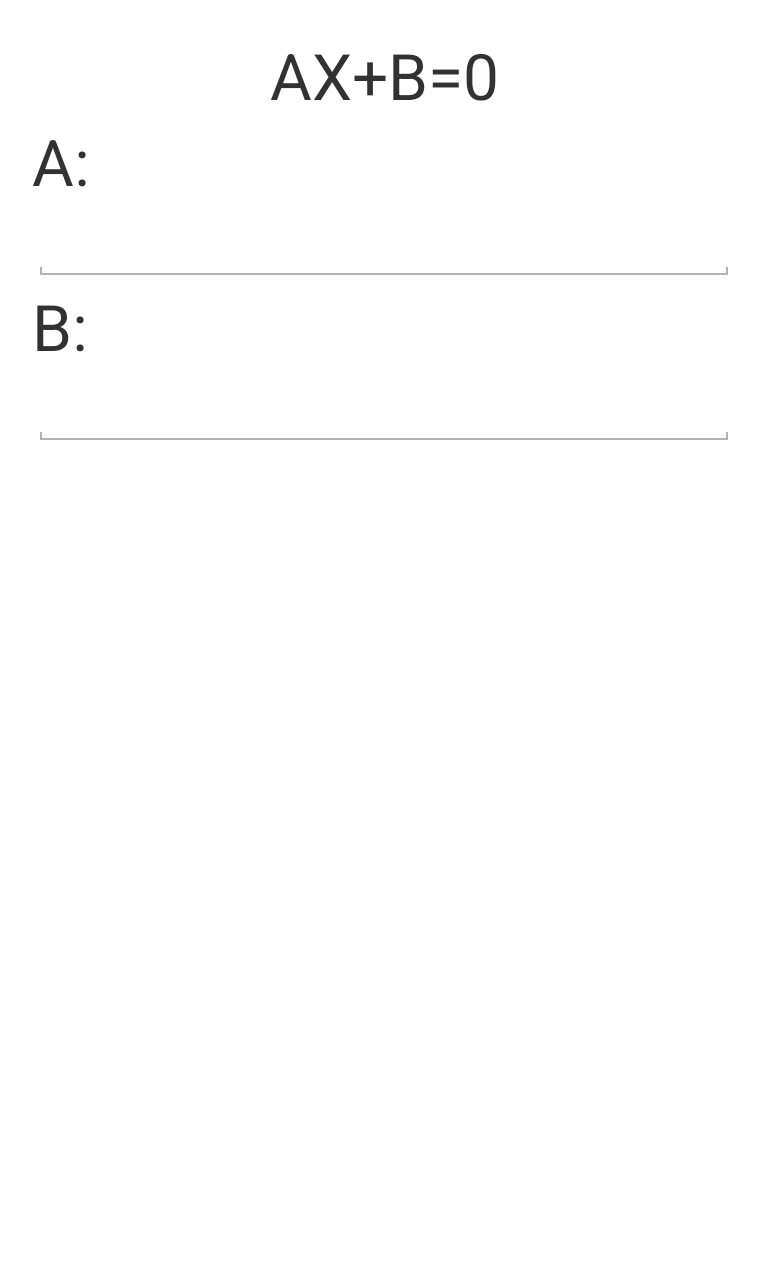
Repository: erickluz/Android
Layout: EquacaoPrimeiroGrau/res/layout/activity_main.xml
These files come from the project's save history. The layout is drawn as it stood at one moment and after the next save; the edit follows.
It is drawn on a 768 x 1280 px phone screen (xhdpi) without system bars, with theme AppTheme; the app's code is not run.

Above is the layout before, as saved 2016-03-14 23:33:09.

### EquacaoPrimeiroGrau/res/layout/activity_main.xml
<LinearLayout xmlns:android="http://schemas.android.com/apk/res/android"
    xmlns:tools="http://schemas.android.com/tools"
    android:layout_width="match_parent"
    android:layout_height="match_parent"
    android:paddingBottom="@dimen/activity_vertical_margin"
    android:paddingLeft="@dimen/activity_horizontal_margin"
    android:paddingRight="@dimen/activity_horizontal_margin"
    android:paddingTop="@dimen/activity_vertical_margin"
    android:orientation="vertical"
    tools:context="com.example.equacaoprimeirograu.MainActivity" >

    <TextView
        android:layout_width="fill_parent"
        android:gravity="center"
        android:layout_height="wrap_content"
        android:textSize="32sp"
        android:text="@string/equacao" />

    <TextView
        android:layout_width="fill_parent"
        android:layout_height="wrap_content"
        android:textSize="32sp"
        android:text="@string/A" />

    <EditText
        android:id="@+id/txtA"
        android:labelFor="@+id/txtA"
        android:layout_width="fill_parent"
        android:layout_height="wrap_content"
		android:inputType="number"/>

    <TextView
        android:layout_width="fill_parent"
        android:layout_height="wrap_content"
        android:textSize="32sp"
        android:text="@string/B" />

    <EditText
        android:id="@+id/txtB"
        android:labelFor="@+id/txtB"
        android:layout_width="fill_parent"
        android:layout_height="wrap_content"
		android:inputType="number"/>

    <Button
        android:id="@+id/btnOK"
        android:layout_width="fill_parent"
        android:layout_height="" />

</LinearLayout>

### EquacaoPrimeiroGrau/res/values/strings.xml
<?xml version="1.0" encoding="utf-8"?>
<resources>

    <string name="app_name">EquacaoPrimeiroGrau</string>
    <string name="hello_world">Hello world!</string>
    <string name="action_settings">Settings</string>
    <string name="equacao">AX+B=0</string>
    <string name="A">A:</string>
    <string name="B">B:</string>

</resources>

Loaded but not shown: EquacaoPrimeiroGrau/res/values/styles.xml (common file); EquacaoPrimeiroGrau/res/values-v11/styles.xml (common file); EquacaoPrimeiroGrau/res/values-v14/styles.xml (common file); EquacaoPrimeiroGrau/res/values/dimens.xml (common file); EquacaoPrimeiroGrau/res/values-w820dp/dimens.xml (common file)

After the next save:
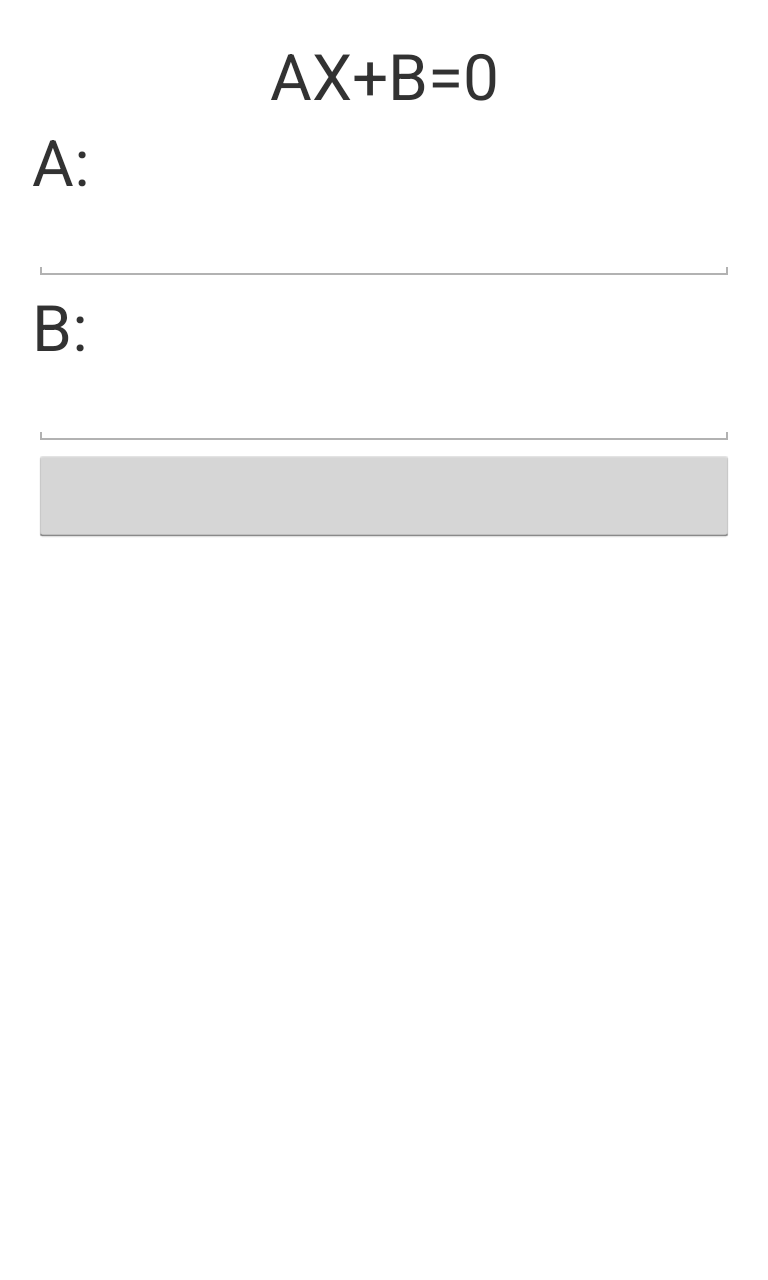
Saved 5 s later.
--- a/EquacaoPrimeiroGrau/res/layout/activity_main.xml
+++ b/EquacaoPrimeiroGrau/res/layout/activity_main.xml
@@ -45,6 +45,6 @@
     <Button
         android:id="@+id/btnOK"
         android:layout_width="fill_parent"
-        android:layout_height="" />
+        android:layout_height="wrap_content" />
 
 </LinearLayout>
